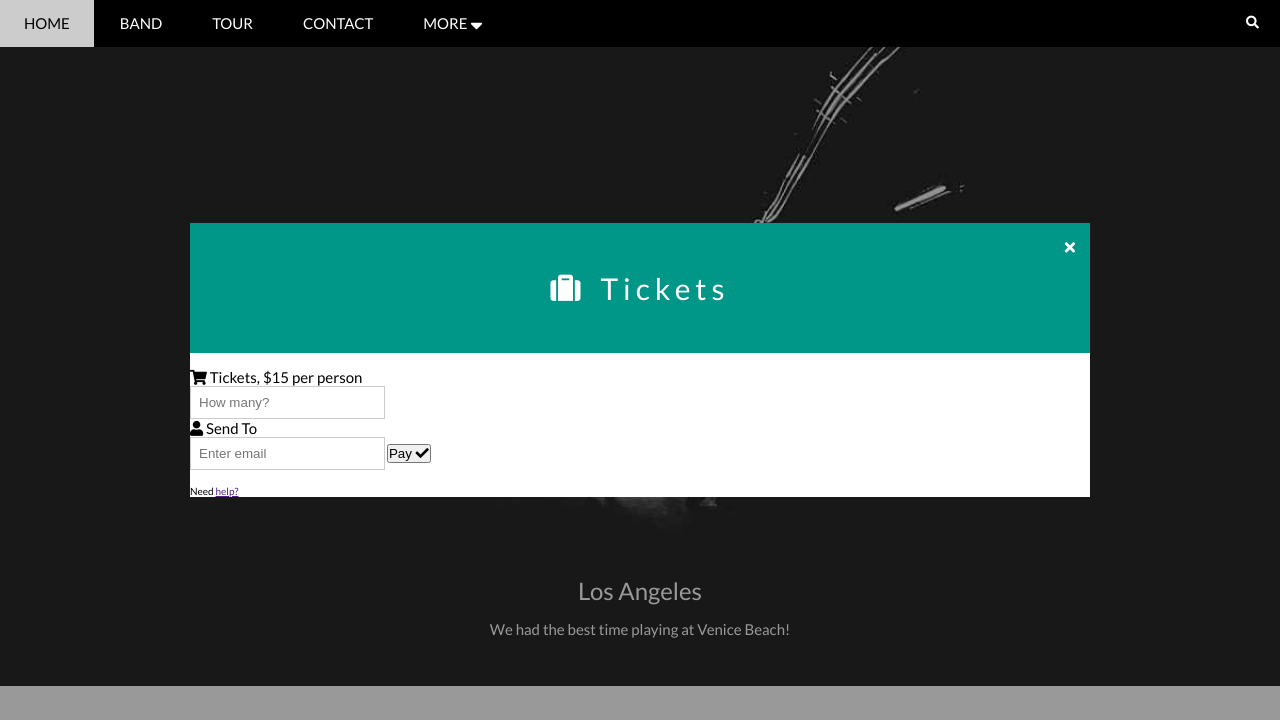
Repository: nguyenthaicong265/w3-band
Page: index.html
The author's editor kept a copy of each file at every save. The page is drawn from the files as they stood at one save, then again after a run of saves.
The browser window is 1280 px wide. The pictures show the window.
A layer covers the whole window, so only the first screen is drawn.

Above is the page before, as saved 2022-01-03 12:01:30.

### index.html
<!DOCTYPE html>
<html lang="en">
<head>
    <meta charset="UTF-8">
    <meta http-equiv="X-UA-Compatible" content="IE=edge">
    <meta name="viewport" content="width=device-width, initial-scale=1.0">
    <title>Document</title>
    <link rel="stylesheet" href="./assets/css/styles.css">
    <link rel="stylesheet" href="https://fonts.googleapis.com/css?family=Lato">
    <link rel="stylesheet" href="./assets/font/themify-icons-font/themify-icons/themify-icons.css">
    <link rel="stylesheet" href="./assets/font/fontawesome-free-5.15.4-web/css/all.css">
</head>
<body>
    <div id="main">
        <div id="header">
            <ul id="nav">
                <li><a href="">Home</a></li>
                <li><a href="">Band</a></li>
                <li><a href="">Tour</a></li>
                <li><a href="">Contact</a></li>
                <li>
                    <a href="#">
                        More
                        <i class="fas fa-sort-down"></i>
                    </a>
                    <ul class="subnav">
                        <li><a href="#">Merchandise</a></li>
                        <li><a href="#">Extras</a></li>
                        <li><a href="#">Media</a></li>
                    </ul>
                </li>
            </ul>
            <div class="search-button">
                <i class="fas fa-search text-white"></i>
            </div>
        </div>

        <div id="slider">
            <div class="text-content text-white">
                <h2 class="text-head">Los Angeles
                </h2>
                <div class="text-description">We had the best time playing at Venice Beach!
                </div>
            </div>
        </div>

        <div id="content">
            <!-- About-section -->
            <div class="band-section">
                <div class="content-section">
                    <h2 class="section-heading">
                    THE BAND
                    </h2>
                    <p class="section-sub-heading">
                    We love music
                    </p>
                    <p class="about-text">We have created a fictional band website. Lorem ipsum dolor sit amet, consectetur adipiscing elit, sed do eiusmod tempor incididunt ut labore et dolore magna aliqua. Ut enim ad minim veniam, quis nostrud exercitation ullamco laboris nisi ut aliquip ex ea commodo consequat. Duis aute irure dolor in reprehenderit in voluptate velit esse cillum dolore eu fugiat nulla pariatur. Excepteur sint occaecat cupidatat non proident, sunt in culpa qui officia deserunt mollit anim id est laborum consectetur adipiscing elit, sed do eiusmod tempor incididunt ut labore et dolore magna aliqua. Ut enim ad minim veniam, quis nostrud exercitation ullamco laboris nisi ut aliquip ex ea commodo consequat.
                    </p>

                    <!-- Member -->
                    <div class="members-list">
                        <div class="member-item">
                            <p class="member-name">Name</p>
                            <img src="./assets/img/band/member1.jpg" alt="Name" class="member-avatar">
                        </div>

                        <div class="member-item">
                            <p class="member-name">Name</p>
                            <img src="./assets/img/band/member1.jpg" alt="Name" class="member-avatar">
                        </div>

                        <div class="member-item">
                            <p class="member-name">Name</p>
                            <img src="./assets/img/band/member1.jpg" alt="Name" class="member-avatar">
                        </div>
                    </div>
                </div>
            </div>

            <!-- Tour-section -->
            <div class="tour-section">
                <div class="content-section">
                    <h2 class="section-heading text-white">
                    TOUR DATES
                    </h2>
                    <p class="section-sub-heading text-white">
                    Remember to book your tickets!
                    </p>

                    <!-- Tickets  -->
                    <ul class="tickets-list">
                        <li>September <span class="sold-out text-white">Sold out</span></li>
                        <li>October <span class="sold-out text-white">Sold out</span></li>
                        <li>November <span class="quantity text-white">3</span></li>
                    </ul>

                    <!-- Places -->
                    <div class="places-list">
                        <div class="places-item">
                            <img src="./assets/img/places/newyork.jpg" alt="New York" class="place-img">
                            <div class="place-body">
                                <h3 class="place-heading">
                                    New York
                                </h3>
                                <p class="place-time">
                                    Fri 27 Nov 2016
                                </p>
                                <p class="place-dsc">
                                    Praesent tincidunt sed tellus ut rutrum sed vitae justo.
                                </p>
                                <a href="#" class="place-buy-ticket">Buy Tickets</a>
                            </div>
                        </div>

                        <div class="places-item">
                            <img src="./assets/img/places/paris.jpg" alt="Paris" class="place-img">
                            <div class="place-body">
                                <h3 class="place-heading">
                                    Paris
                                </h3>
                                <p class="place-time">
                                    Sat 28 Nov 2016
                                </p>
                                <p class="place-dsc">
                                    Praesent tincidunt sed tellus ut rutrum sed vitae justo.
                                </p>
                                <a href="#" class="place-buy-ticket">Buy Tickets</a>
                            </div>
                        </div>

                        <div class="places-item">
                            <img src="./assets/img/places/sanfran.jpg" alt="San Francisco" class="place-img">
                            <div class="place-body">
                                <h3 class="place-heading">
                                    San Francisco
                                </h3>
                                <p class="place-time">
                                    Sun 29 Nov 2016
                                </p>
                                <p class="place-dsc">
                                    Praesent tincidunt sed tellus ut rutrum sed vitae justo.
                                </p>
                                <a href="#" class="place-buy-ticket">Buy Tickets</a>
                            </div>
                        </div>
                    </div>
                </div>
            </div>

            <!-- Contact-section -->
            <div class="contact-section">
                <div class="content-section">
                    <h2 class="section-heading">
                    CONTACT</h2>
                    <p class="section-sub-heading">
                    Fan? Drop a note!</p>
                    <div class="contact-information">
                        <div class="contact-location">
                            <i class="fas fa-map-marker-alt"></i>
                            <p class="location">Chicago, US</p>
                        </div>
                        <div class="contact-phone">
                            <i class="fas fa-phone-alt"></i>
                            <p class="phone">Phone: +00 151515</p>
                        </div>
                        <div class="contact-email">
                            <i class="fas fa-envelope"></i>
                            <p class="email">Email: mail@mail.com</p>
                        </div>
                    </div>
                    <div class="fill-information">
                        <form action="" class="form-information">
                            <input type="text" class="fill-name" placeholder="Name" required name="Name">
                            <input type="text" class="fill-email" placeholder="Email" required name="Email">
                            <input type="text" class="fill-message" placeholder="Message"
                            required name="Message">
                            <button class="button-send" type="submit">SEND</button>
                        </form>
                    </div>
                </div>
            </div>
        </div>

        <div id="footer">

        </div>
    </div>
    <div class="modal">
         <div class="modal-contaner">
             <div class="modal-close">
                <i class="fas fa-times"></i>
             </div>

             <div class="modal-header text-white">
                <i class="fas fa-suitcase"></i> Tickets
             </div>

             <div class="modal-body">
                <label for="" class="modal-label">
                    <i class="fas fa-shopping-cart"></i>
                    Tickets, $15 per person
                 </label>
                 <input type="text" class="modal-input" placeholder="How many?">

                 <label for="" class="modal-label">
                    <i class="fas fa-user"></i>
                    Send To
                 </label>
                 <input type="text" class="modal-input" placeholder="Enter email">

                <button id="buy-ticket">
                    Pay
                    <i class="fas fa-check"></i>
                </button>
             </div>

             <div class="modal-footer">
                 <p class="modal-help">
                     Need <a href="">help?</a>
                 </p>
             </div>
         </div>
    </div>
</body>
</html>

### assets/css/styles.css
/* Reset CSS */
* {
    padding: 0;
    margin: 0;
    box-sizing: border-box;
}

html {
    font-family: "Lato", sans-serif;
    font-size: 62.5%;
}

.text-white {
    color: #ffff !important;
}

#main {

}

#header {
    position: fixed;
    top: 0;
    left: 0;
    right: 0;
    height: 46.5px;
    background-color: #000000;
    z-index: 1;
}

#header .search-button {
    float: right;
    padding: 0 21px;
}

#header .search-button:hover {
    cursor: pointer;
    background-color: #f44336!important;
}

#header .fa-search {
    font-size: 13px;
    line-height: 46px;
}

#nav, .subnav {
    display: inline-block;
    list-style-type: none;
}

#nav > li {
    display: inline-block;
}

#nav li {
    position: relative;
}

#nav > li > a {
    color: #ffffff;
    text-transform: uppercase;
}

#nav li a {
    text-decoration: none;
    line-height: 46.5px;
    padding: 0px 24px;
    font-size: 1.5rem;
    display: block;
}

#nav .fa-sort-down {
    font-size: 20px;
}

#nav li:hover .subnav {
    display: block;

}

#nav > li:hover > a,
#nav .subnav li:hover a {
    color: #000 !important;
    background-color: #ccc !important;
}

#nav .subnav {
    display: none;
    position: absolute;
    min-width: 160px;
    top: 46.5px;
    background-color: #ffffff;
    box-shadow: 0 0 10px rgba(0, 0, 0, 0.3);
}

#nav .subnav a {
    color: #000;
    padding: 0 12px;
    line-height: 38px;
}

#slider {
    position: relative;
    margin-top: 46px;
    padding-top: 50%;
    background: url(/assets/img/slider/slider1.jpg) top center / cover no-repeat;
}

#slider .text-content {
    position: absolute;
    bottom: 48px;
    width: 100%;
    text-align: center;
}

#slider .text-head {
    font-weight: 100;
    font-size: 24px;
    margin-bottom: 10px;
}
#slider .text-description {
    font-size: 15px;
    margin-top: 15px;
}

#content {
}

#content .content-section {
    width: 800px;
    padding: 64px 16px ;
    margin-left: auto;
    margin-right: auto;
}

#content .section-heading {
    font-size: 30px;
    font-weight: 400;
    letter-spacing: 4px;
    text-align: center;
}

#content .section-sub-heading {
    font-size: 15px;
    font-style: italic;
    text-align: center;
    opacity: 0.6;
    margin-top: 25px;
}

#content .about-text {
    text-align: justify;
    font-size: 15px;
    margin-top: 25px;
    line-height: 1.4;
}

#content .members-list {
    margin-top: 48px;
    overflow: hidden;
    padding-top: 32px !important;
    padding-bottom: 32px !important;
}

#content .member-item {
    float: left;
    width: 33.333333%;
    text-align: center;
}

#content .member-name {
    font-size: 15px;


}

#content .member-avatar {
    width: 60%;
    margin-top: 15px;
    border-radius: 4px;
}

.tour-section {
    background-color: #000;
    width: 100%;
}

.tickets-list {
    background-color: #ffffff;
    margin-top: 40px;
    list-style-type: none;
}

.tickets-list li {
    font-size: 15px;
    padding: 11px 16px;
    border-bottom: 1px solid #dddd;
    color: #757575;
}

.tickets-list .sold-out {
    background-color: #f44336!important;
    padding: 2px 7px;
    margin-left: 16px;
}

.tickets-list .quantity {
    float: right;
    width: 24px;
    height: 24px;
    background-color: #000;
    border-radius: 50%;
    line-height: 24px;
    text-align: center;
    margin-top: -3px;
}

.places-list {
    margin: 32px -8px 0px;
    overflow: hidden;
    padding-bottom: 48px;
}

.places-item {
    float: left;
    width: 33.33333%;
    padding: 0 8px;

}

.place-img {
    display: block;
    width: 100%;
}

.place-img:hover {
    opacity: 0.6;
}

.place-body {
    background-color: #ffff;
    padding: 16px;
}

.place-heading {
    font-size: 15px;
    font-weight: bolder;
    margin-bottom: 15px;
}

.place-time {
    font-size: 15px;
    opacity: 0.6;
    margin-bottom: 15px;
}

.place-dsc {
    font-size: 15px;
    margin-bottom: 15px;
}

.place-buy-ticket {
    display: inline-block;
    font-size: 15px;
    color: #ffff;
    background-color: #000;
    text-decoration: none;
    padding: 8px 16px;
    margin-top: 16px;
}

.place-buy-ticket:hover {
    color: #000;
    background-color: #ccc;
}

.contact-section {
    background-color: #fff;
    width: 100%;

}

.contact-information {
    float: left;
    width: 49.99999%;
    margin-bottom: 16px;
    overflow: hidden;
}

.fas {
    display: inline-block;
}

.contact-location {

}


.contact-phone {

}

.fill-information {
    width: 49.99999%;
}
#footer {

}

.modal {
    position: fixed;
    top: 0;
    right: 0;
    bottom: 0;
    left: 0;
    background: rgba(0, 0, 0, 0.4);
    display: flex;
    align-items: center;
    justify-content: center;
}

.modal-contaner {
    background: #fff;
    width: 900px;
    min-height: 200px;
    position: relative;
}

.modal-close {
    position: absolute;
    right: 0;
    top: 0;
    padding: 15px;
    cursor: pointer;
    color: #fff;
    font-size: 15px;
}

.modal-close:hover {
    background-color: #fff;
    color: #000;
}

.modal-header {
    background-color: #009688;
    height: 130px;
    display: flex;
    align-items: center;
    justify-content: center;
    font-size: 30px;
    letter-spacing: 5px;
}

.modal-header .fa-suitcase {
    margin-right: 15px;
}

.modal-body {
    margin: 15px 0 15px 0;

}

.modal-body .modal-label {
    display: block;
    font-size: 15px;
}

.modal-body .modal-input {
    border: 1px solid #ccc;
    padding: 8px;
}

Loaded but not shown: assets/font/themify-icons-font/themify-icons/themify-icons.css (common file); assets/font/fontawesome-free-5.15.4-web/css/all.css (library)

After the next 2 saves:
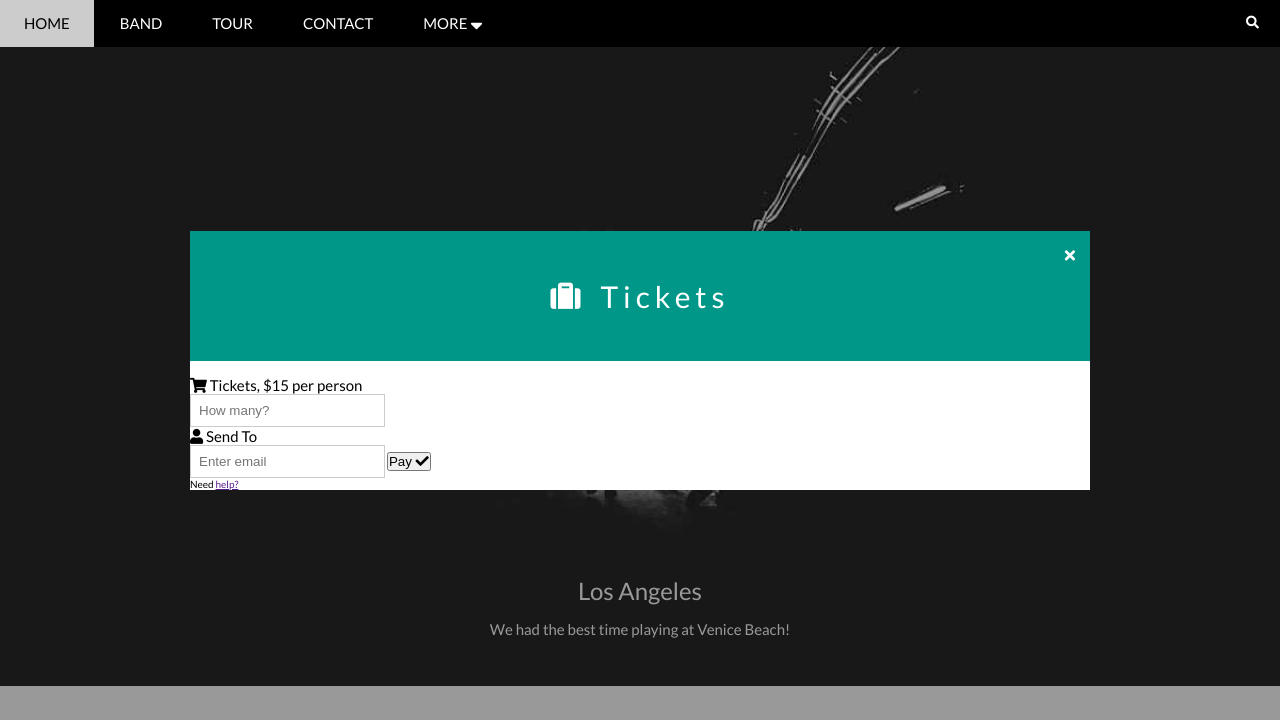
The 2 saves are shown as one change because they came seconds apart.
The last was saved 34 s later.
--- a/assets/css/styles.css
+++ b/assets/css/styles.css
@@ -356,7 +356,8 @@ html {
 }
 
 .modal-body {
-    margin: 15px 0 15px 0;
+    padding-top: 15px;
+
 
 }
 
